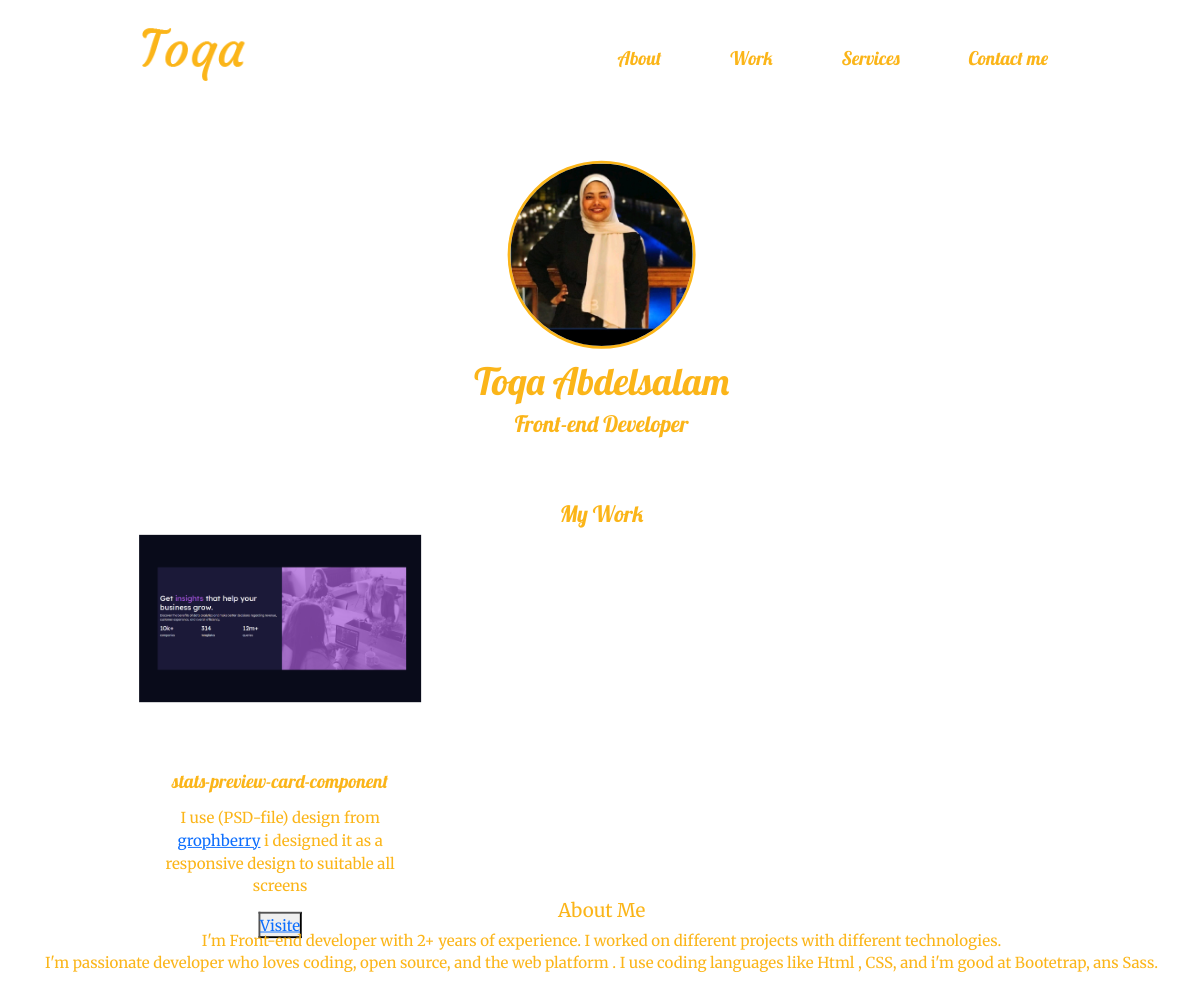
Repository: Toqa-25/portfolio
Page: index.html
An editor plug-in stored every save of this project. The page is shown before and after the next save, followed by the edit.
The browser window is 1280 px wide. The pictures show the whole page, at 94% of full size.
Some web fonts or font styles are not loaded; a fallback is used.

Above is the page before, as saved 2021-10-31 19:30:27.

### index.html
<!DOCTYPE html>
<html lang="en">
<head>
    <meta charset="UTF-8">
    <meta http-equiv="X-UA-Compatible" content="IE=edge">
    <meta name="viewport" content="width=device-width, initial-scale=1.0">
    <title>Toqa Portfolio</title>
      <!-- bootstrap file -->
      <link rel="stylesheet" href="css/all.min.css">
      <link rel="stylesheet" href="css/bootstrap.css">
      <!-- css file -->
      <link rel="stylesheet" href="css/style.css">
      <!-- fonts -->
      <link rel="preconnect" href="https://fonts.googleapis.com">
<link rel="preconnect" href="https://fonts.gstatic.com" crossorigin>
<link href="https://fonts.googleapis.com/css2?family=Lobster&family=Otomanopee+One&display=swap" rel="stylesheet">
<link rel="preconnect" href="https://fonts.googleapis.com">
<link rel="preconnect" href="https://fonts.gstatic.com" crossorigin>
<link href="https://fonts.googleapis.com/css2?family=Merriweather:ital,wght@0,300;0,400;0,700;0,900;1,300;1,400;1,700;1,900&display=swap" rel="stylesheet">
<link rel="preconnect" href="https://fonts.googleapis.com">
<link rel="preconnect" href="https://fonts.gstatic.com" crossorigin>
<link href="https://fonts.googleapis.com/css2?family=Bebas+Neue&family=Oswald:wght@200;300;400;500;600;700&display=swap" rel="stylesheet">
</head>
<body>
        <!-- header section -->
    <header class="pad">
       <div class="container">
         <div class="header-content">
           <div class="header-logo">
             <img src="images/logo.png" alt="logo">
           </div>
           <div class="bar">
             <svg xmlns="http://www.w3.org/2000/svg" width="35" height="35" fill="#fbb519" class="bi bi-list" viewBox="0 0 16 16">
               <path fill-rule="evenodd" d="M2.5 12a.5.5 0 0 1 .5-.5h10a.5.5 0 0 1 0 1H3a.5.5 0 0 1-.5-.5zm0-4a.5.5 0 0 1 .5-.5h10a.5.5 0 0 1 0 1H3a.5.5 0 0 1-.5-.5zm0-4a.5.5 0 0 1 .5-.5h10a.5.5 0 0 1 0 1H3a.5.5 0 0 1-.5-.5z"/>
             </svg>
              <ul class="hidden-list unlist list">
              <li>About</li>
              <li>Work</li>
              <li>Services</li>
              <li>Contact me</li>
              <li>Reviews</li>
            </ul>
           </div>
           <div class="header-nav">
             <ul class="list unlist">
                 <li>About</li>
                 <li>Work</li>
                 <li>Services</li>
                 <li>Contact me</li>
                 <!-- <li>Reviews</li> -->
             </ul>

           </div>
         </div>
         </div>
        </header><!-- end header section -->
        <!-- information  section -->
    <section  class="inform pad">
      <div class="main-inform " role="main">
        <div class="inform-info">
        <img src="images/toqa.jpg" alt=""><br>
        <h1>Toqa Abdelsalam</h1>
        <h4>Front-end Developer</h4>
      </div>
      </div>
    </section> <!-- end information  section -->

      <!-- my-work  section -->
      <section class="pad work">
        <div class="container">
          <h4 class="work-head">My Work</h4>
          <div class="work-content">
      <div class="work-card" role="menu">
        <div class="card-img">
          <img src="images/toqa-25.github.io_stats-preview-card-component-main_.png" alt="">
        </div>
        <div class="card-info">
          <h5 class="card-title">stats-preview-card-component </h5>
          <p class="card-info-text"> I use  (PSD-file) design from <span> <a href="https://www.frontendmentor.io/">grophberry</a></span>
        i designed it as a responsive design to suitable all screens
         </p>
      <button class="card-button"><a href="https://toqa-25.github.io/stats-preview-card-component-main/">Visite</a></button>
        </div>
 </div>
      <!-- <div class="project card" role="menu">
        <img src="images/toqa-25.github.io_3-cards-component3_.png" alt="">
        <p>3-card-component
      I use (PSD-file) design from <span> <a href="https://www.frontendmentor.io/">grophberry</a></span>
  i designed it as a responsive design to suitable all screens <br>
  <button><a href="https://toqa-25.github.io/3-cards-component/">Visite</a></button>
 </p>
 </div>
      <div class="project card" role="menu">
          <img src="images/destop-luxestate - Copy (1).png" alt="">
          <p>Luxestate is Real-Estate Company
        I use Luxestate (PSD_file) design from <span> <a href="https://www.graphberry.com/">grophberry</a></span>
    i designed it as a responsive design to suitable all screens <br>
    <button><a href="https://toqa-25.github.io/luxstate-project-/">Visite</a></button>
   </p>
   </div>
      <div class="project card" role="menu">
          <img src="images/web_design.png" alt="">
          <p>Doop is an advertising-agency .
        I use Doop (PSD_file) design from <span> <a href="https://www.graphberry.com/">grophberry</a></span>
    i designed it as a responsive design to suitable all screens <br>
    <button><a href="https://toqa-25.github.io/simply-agency/">Visit </a></button>
   </p>
   </div>
      <div class="project card" role="menu">
        <img src="images/Vibo_App(desktop)_toqa-25.github.io2.png" alt="">
          <p>Vibo is an App-Development company
        I use Vibo PSD design from <span> <a href="https://www.graphberry.com/">grophberry</a></span>
    i designed it as a responsive design to suitable all screens <br>
    <button><a href="https://toqa-25.github.io/vibo-app/">Visite</a></button>
   </p>
   </div>
   <div class="project card" role="menu">
    <img src="images/toqa-25.github.io_landing-meeting-page_desktop.png" alt="">
    <p>Metting landing page
  I use  design from <span> <a href="https://www.frontendmentor.io/">grophberry</a></span>
i designed it as a responsive design to suitable all screens <br>
<button><a href="https://toqa-25.github.io/landing-meeting-page/">Visite</a></button>
</p>
</div> -->
   </div>
   </div>
      </section>

      <section class="section about">

          <h5>About Me</h5>
      <p> I'm Front-end developer with 2+ years of experience. I worked on different projects with different technologies. <br>
       I'm passionate developer who loves coding, open source, and the web platform .
       I use coding languages like Html , CSS, and i'm good at Bootetrap, ans Sass. </p>
      </section>

</body>
</html>

### css/style.css
/*
    public style
***********************
*/
:root{
    --main-color:#fbb519;
    --section-padding:30px;
}
* , *:after , *:before{
    box-sizing: border-box;
    margin: 0;
    padding: 0;
}
body{
    font-family: 'Merriweather', serif;
    color:var(--main-color);
}
.pad{
    padding: var(--section-padding) 0;
}
.container
{
  width: 80%;
  margin:auto;
  padding: 0 20px;
}
 .pad h5{
    text-align: center;
    font-family: 'Lobster';
    margin-bottom: 15px;
 }
 .unlist{
     list-style: none;
 }
/*
    header style
***********************
*/
 header{
    font-family: 'Lobster', cursive;
 }
 .header-content{
    display: flex;
}
.header-logo{
    width:50%;
}
.bar{
    position: relative;
    display: none;
    margin: auto 20px;
     transition: .2s;
     cursor: pointer;
     width: 50%;
    /* text-align: right; */
    justify-content: flex-end;
}
 .header-nav{
   min-width: 50%;
    display: flex;
    justify-content: flex-end;
 }
 .header-nav .list{
     width: 100%;
     display: flex;
     justify-content: space-between;
     align-items: center;
     padding: 17px;
 }
  .list li{
     font-size: 20px;
     transition: .2s;
     -webkit-transition: .2s;
     -moz-transition: .2s;
     -ms-transition: .2s;
     -o-transition: .2s;
     cursor: pointer;
     margin-bottom: 2px;
    }
     .list li:hover{
        border-bottom: 2px solid var(--main-color);
    }
    .hidden-list{
         text-align: center;
         position: absolute;
         width: 120px;
         top: 3px;
         right: -70px;
         background-color: #f5f5dc91;
         padding: 10px;
         border-radius: 25px;
         -webkit-border-radius: 25px;
         -moz-border-radius: 25px;
         -ms-border-radius: 25px;
         -o-border-radius: 25px;
         transition: .2s;
         -webkit-transition: .2s;
         -moz-transition: .2s;
         -ms-transition: .2s;
         -o-transition: .2s;
         visibility: hidden;
         display: none;
}
/* media quary for header*/
 @media (max-width: 991px){
   .header-nav {
      display: none;
  }
  .bar{
      display: flex;
  }
  .bar:hover .hidden-list{
    visibility: visible;
    display: block;
  }
}
/*
    my-information&image style
  ********************************
 */
 .main-inform{
     color: var(--main-color);
    text-align: center;
    height: 300px;
    display: flex;
    align-items: center;
    justify-content: center;
    font-family: 'Lobster', cursive;
}
.main-inform img{
    width: 200px;
    height: 200px;
    border:3px solid;
    border-radius: 50%;
    -webkit-border-radius: 50%;
     -moz-border-radius: 50%;
     -ms-border-radius: 50%;
     -o-border-radius: 50%;
     margin-bottom: 10px;
    }
/*
    my-work style
********************************
*/
.work{
    text-align: center;
}
 .work-content{
    display: grid;
    grid-template-columns:repeat(1,300px);
    gap:10px;
 }
 .work .work-head{
    text-align: center;
    font-family: 'Lobster';
 }
 .work-card{

 }
 .card-img{
     width:100%;
     height:70%;
 }
 .card-img img{
     max-width:100%;
     /* height:100%; */

 }
 .card-info{
     text-align: center;
     width: 100%;
 }
 .card-title{

 }
.card {
    width: 100%;
    height: 100%;
    position: relative;
    display: flex;
    flex-direction: column;
    min-width: 0;
    word-wrap: break-word;
    background-color: black;
    background-clip: border-box;
    border: 4px solid var(--main-color);
    border-radius: 0.3rem;
}

.card img{
    max-width:100%;
    max-height: 150px;
    border-bottom: 3px solid;
}
.card img:hover{
   transform: scale(1.1);
   -webkit-transform: scale(1.1);
   -moz-transform: scale(1.1);
   -ms-transform: scale(1.1);
   -o-transform: scale(1.1);
}
.card p{
    margin-bottom: 1rem;
    background-color: black;
    font-size: 10px;
    padding: 2px;
    margin: 0px;
    margin-top: 0px;
    width: 100%;
    height: 100%;
    text-align: center;
    color:#483705;
    background-color: #f5f5dce8;
    padding-top: 10px;

}
.card p a{
    text-decoration: none;
    color: #e2bc66;
    font-weight: bolder;
}
.card p:hover{

}

.card button{
    width: 95px;
    text-align: center;
    background-color: #ffc107;
    border: none;
    border-radius: 15px;
    padding: 5px;
    margin-top: 7px;
}
.card button:hover{
    width:120px;
    padding: 10px;
}
.card button a{
    text-decoration: none;
    color: #483705;
}

.about{
    text-align: center;

}

/*
           media quary style
    ***************************************
        //extra small devices @media (maxwidth:575px)
        //small devices @media (maxwidth:767px)
        //medium devices @media (maxwidth:991px)
        //large devices @media (maxwidth:1199px)
*/

Loaded but not shown: css/all.min.css (library); css/bootstrap.css (library)

After the next save:
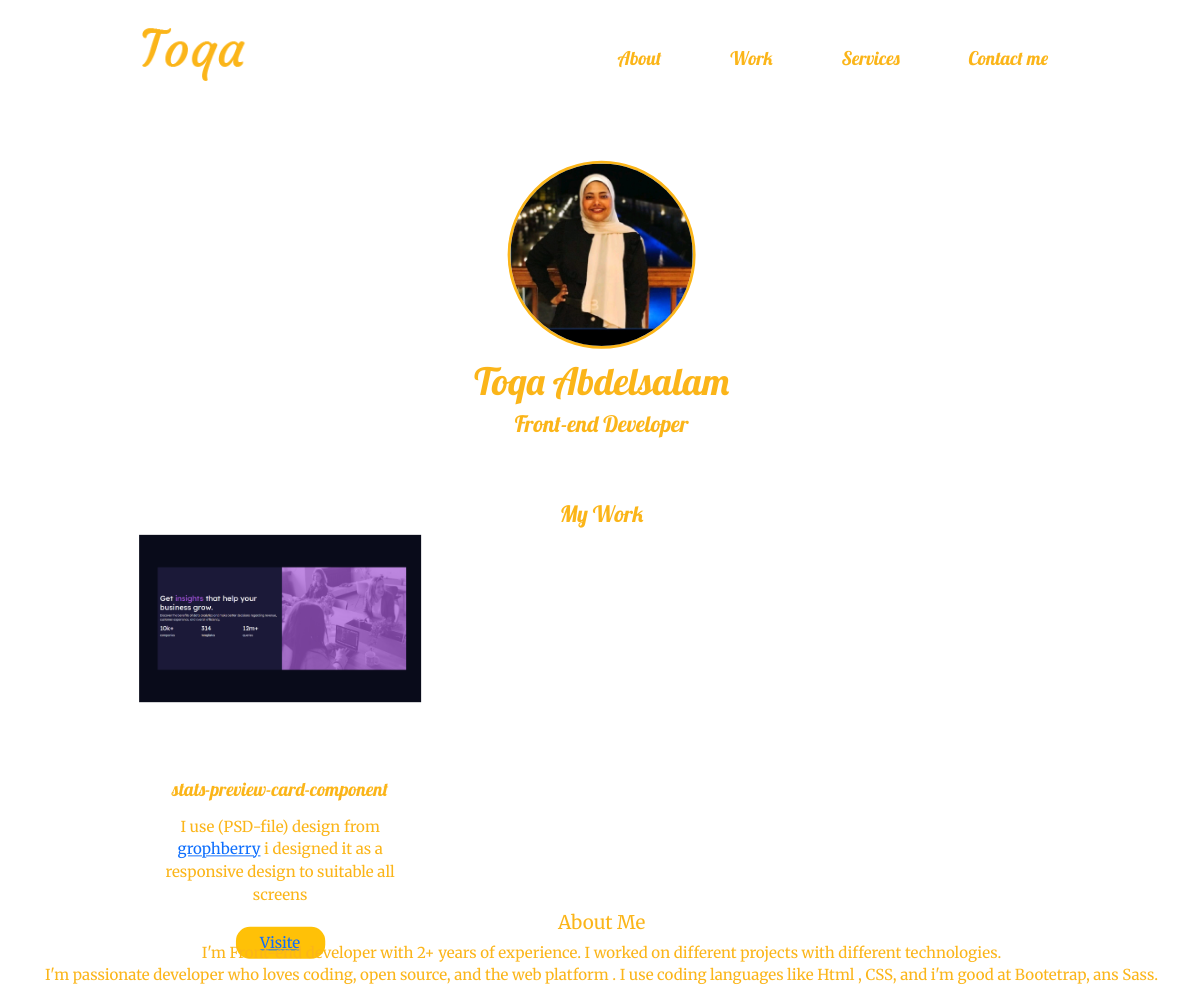
Saved 24 s later.
--- a/css/style.css
+++ b/css/style.css
@@ -223,7 +223,7 @@ body{
 
 }
 
-.card button{
+.card-button{
     width: 95px;
     text-align: center;
     background-color: #ffc107;
